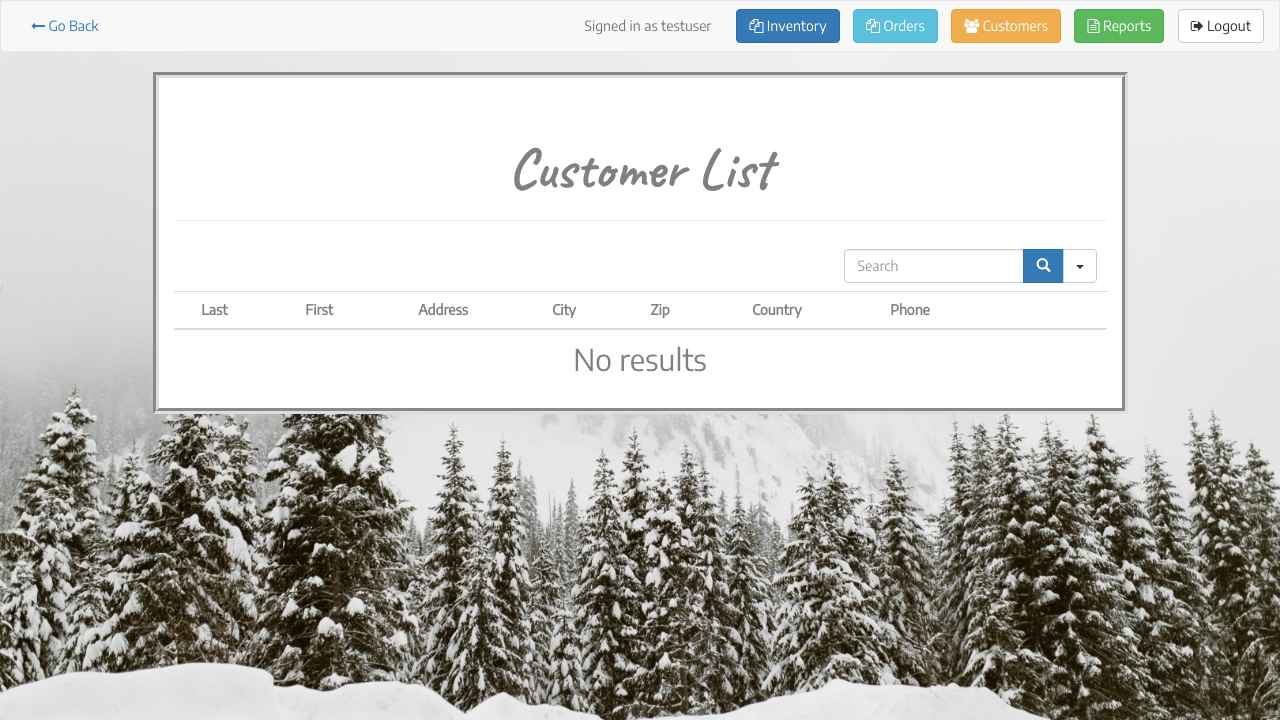
Repository: maliking/making
Page: http://localhost/final_project/customers.php
The author's editor kept a record of every edit. The page is drawn from the files as they stood at one moment, then again after the next edit.
The browser window is 1280 px wide. The pictures show the whole page.
The page is run by PHP 8.4 with error messages shown; the project is at /var/www/html/. The session is filled in as if someone had signed in: {"username": "testuser", "userType": "admin", "adminFullName": "Test User"}. Other server files are loaded and not shown. Queries for data that is not in the repository find no rows.

Above is the page before.
Console error: TypeError: Cannot read properties of undefined (reading 'prototype')

### final_project/customers.php
<?php
session_start();

if (!isset($_SESSION["username"])) {
    header("Location: loginPage.php");
    exit;
}

function customerList() {
    include "../dbConnection.php";
    $conn = getDatabaseConnection();

    $sql = "  SELECT *
                FROM customers
            ORDER BY customers.customerID";

    $stmt = $conn -> prepare($sql);
    $stmt -> execute();
    $records = $stmt -> fetchAll(PDO::FETCH_ASSOC);

    return $records;
}
?>

<!DOCTYPE html>
<html>
    <head>
        <title>Customers</title>
        <!-- HEADER TEMPLATE BEGIN -->
        <?php include 'templates/header.php'?>
        <!-- HEADER TEMPLATE END -->
    </head>
    <body>
        <nav class="navbar navbar-default">
            <div class="container-fluid">
                <div class="navbar-header navbar-left">
                    <p class="navbar-text"><a href="index.php"><i class="fa fa-long-arrow-left"></i> Go Back</a></p>
                </div>
                <div class="navbar-header navbar-right">
                    <p class="navbar-text">Signed in as <?=$_SESSION['username']?></p>
                    <a class="btn btn-primary navbar-btn productBtn" href="index.php"><i class="fa fa-files-o"></i> Inventory</a>
                    <a class="btn btn-info navbar-btn productBtn" href="orders.php"><i class="fa fa-files-o"></i> Orders</a>
                    <a class="btn btn-warning navbar-btn productBtn" href="customers.php"><i class="fa fa-users"></i> Customers</a>
                    <a class="btn btn-success navbar-btn productBtn" href="reports.php"><i class="fa fa-file-text-o"></i> Reports</a>
                    <a class="btn btn-default navbar-btn productBtn" href="logout.php"><i class="fa fa-sign-out"></i> Logout</a>
                </div>
            </div>
        </nav>
        <div class="container">
            <div class="row">
                <div class="col-xs-10 col-xs-offset-1 text-center">
                    <h1>Customer List</h1>
                    <hr>
                    <table class="table" data-filtering="true">
                        <thead>
                        <tr>
                            <th>Last</th>
                            <th>First</th>
                            <th>Address</th>
                            <th>City</th>
                            <th>Zip</th>
                            <th>Country</th>
                            <th>Phone</th>
                            <th></th>
                            <th></th>
                        </tr>
                        </thead>

                        <?php
                        $customers = customerList();
                        foreach ($customers as $customer) {
                            echo "<tr>";
                            echo "<td>" . $customer["lastName"] . "</td>";
                            echo "<td>" . $customer["firstName"] . "</td>";
                            echo "<td>" . $customer["address"] . "</td>";
                            echo "<td>" . $customer["city"] . "</td>";
                            echo "<td>" . $customer["zip"] . "</td>";
                            echo "<td>" . $customer["country"] . "</td>";
                            echo "<td>" . $customer["phone"] . "</td>";
                            echo "<td><a href=\"orders.php?customerID=" . $customer["customerID"] . " class=\"btn btn-link\">View All Orders</a></td>";
                            echo "<td>
                                    <a class=\"btn btn-warning productBtn\" href=\"editCustomer.php?customerID=" . $customer["customerID"] . "\"><i class=\"fa fa-pencil\"></i></a>
                                  </td>";
                            echo "</tr>";
                        }
                        ?>
                    </table>
                </div>
            </div>
        </div>
        <!-- FOOTER TEMPLATE BEGIN -->
        <?php include 'templates/footer.php'?>
        <!-- FOOTER TEMPLATE END -->
        <script>
        /* global $ jQuery */
        jQuery(function($){
        	$('.table').footable({
        		"sorting": {
        			"enabled": true
        		},
        		"paging": {
        		    "enabled": true
        		}
        	});
        });
        </script>
    </body>
</html>

### final_project/templates/header.php
<meta charset="utf-8" />
<link rel="stylesheet" href="../bootstrap/css/bootstrap.min.css">
<link rel="stylesheet" href="https://cdnjs.cloudflare.com/ajax/libs/font-awesome/4.7.0/css/font-awesome.min.css" />
<link href="css/styles.css" rel="stylesheet" type="text/css" />
<link href="footable/css/footable.bootstrap.min.css" rel="stylesheet" type="text/css" />
<link href="https://fonts.googleapis.com/css?family=Caveat:700|Encode+Sans" rel="stylesheet">

### dbConnection.php
<?php
function getDatabaseConnection($dbname="quotes") {
    // cloud9
    $host = 'localhost';
    $username = 'root';
    $password = '';

    //using different database variables in Heroku
    if  (strpos($_SERVER['HTTP_HOST'], 'herokuapp') !== false) {
        $url = parse_url(getenv("CLEARDB_DATABASE_URL"));
        $host = $url["host"];
        $dbname = substr($url["path"], 1);
        $username = $url["user"];
        $password = $url["pass"];
    }

    $conn = new PDO("mysql:host=$host;dbname=$dbname", $username, $password);
    $conn->setAttribute(PDO::ATTR_ERRMODE, PDO::ERRMODE_EXCEPTION);

    return $conn;
}
?>

### final_project/templates/footer.php
<script src="../bootstrap/js/jquery.min.js"></script>
<script src="../bootstrap/js/bootstrap.min.js"></script>
<script type="text/javascript" src="footable/js/footable.min.js"></script>

### final_project/css/styles.css
body {
    font-family: 'Encode Sans', sans-serif;
    background-image: url('../img/back3.jpg');
    background-attachment: fixed;
    background-size: cover;
    background-repeat: no-repeat;
    color: gray;
}

h1 {
    font-family: 'Caveat', cursive;
    padding-top: 40px;
    font-size: 4em;
}

.col-xs-8,
.col-xs-10 {
    background-color: white;
    border: 6px solid #ddd;
    border-style: groove;
}

th {
    text-align: center;
}

.brand {
    max-height: 30px;
    max-width: 70px;
}

#addProduct {
    float: right;
}

.productBtn {
    margin-left: 10px;
}

#green {
    color: green;
}
#red {
    color: red;
}

Loaded but not shown: bootstrap/css/bootstrap.min.css (library); final_project/footable/css/footable.bootstrap.min.css (library); bootstrap/js/jquery.min.js (library); bootstrap/js/bootstrap.min.js (library); final_project/footable/js/footable.min.js (library)

After the next edit:
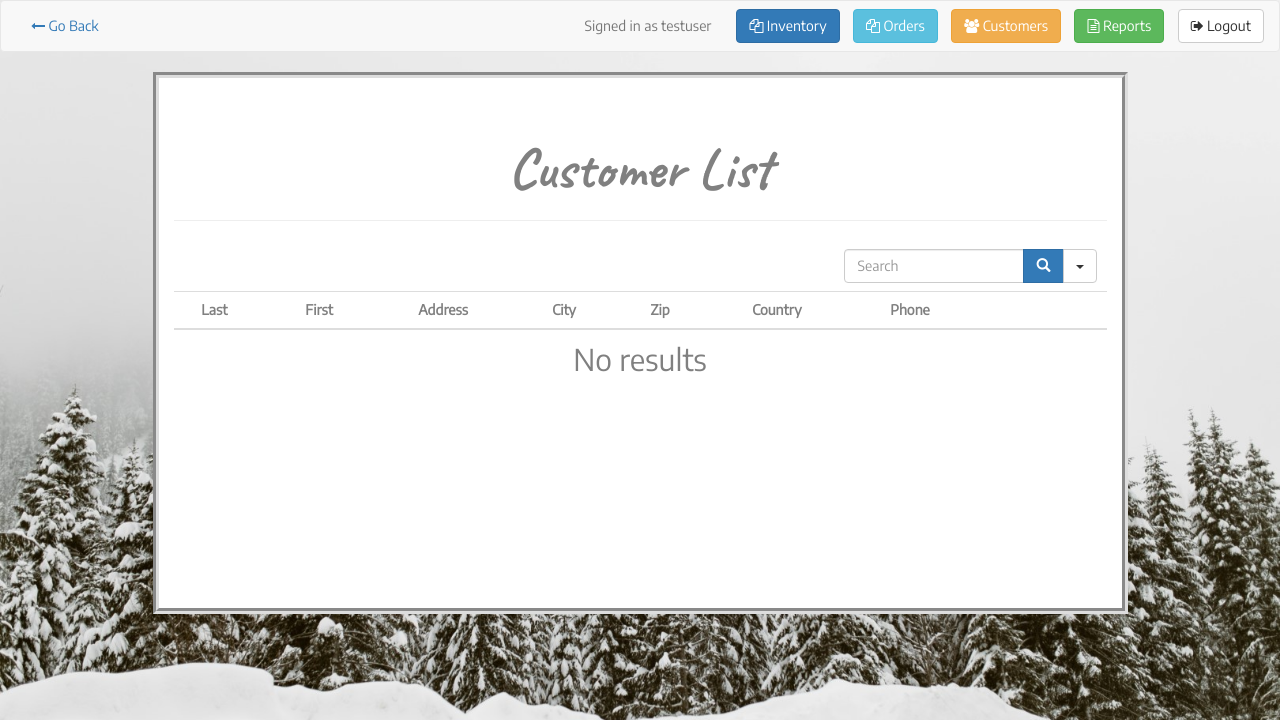
The edit:
--- a/final_project/css/styles.css
+++ b/final_project/css/styles.css
@@ -18,6 +18,7 @@ h1 {
     background-color: white;
     border: 6px solid #ddd;
     border-style: groove;
+    padding-bottom: 200px;
 }
 
 th {
